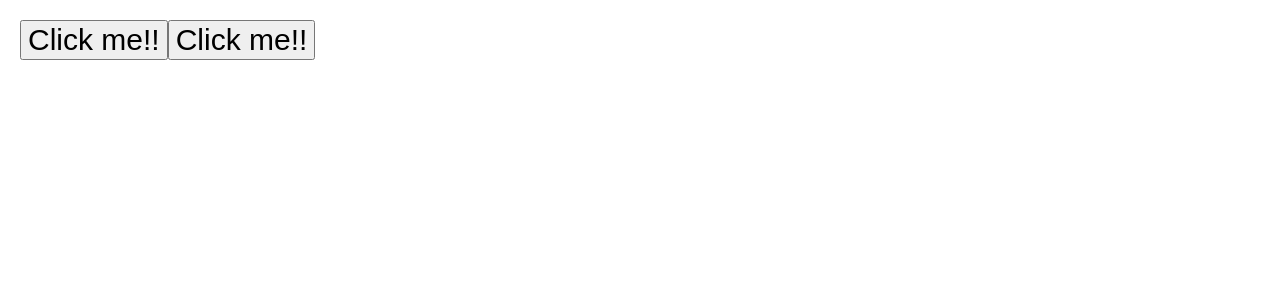
Repository: ducthanglinh/tiktok-clone
Page: /
These files come from the project's save history. The page is drawn as it stood at one moment and after the next save; the edit follows.
The browser window is 1280 px wide. The pictures show the whole page.
The project was rebuilt for these pictures with package versions that can differ from the ones it lists, and the page was loaded fresh each time.

Above is the page before, as saved 2022-10-04 10:35:34.

### src/index.js
import React from "react";
import ReactDOM from "react-dom/client";
import "./index.css";
import App from "./App";
import reportWebVitals from "./reportWebVitals";

const root = ReactDOM.createRoot(document.getElementById("root"));

root.render(
  // <React.StrictMode>

  <App />

  // </React.StrictMode>
);

// If you want to start measuring performance in your app, pass a function
// to log results (for example: reportWebVitals(console.log))
// or send to an analytics endpoint. Learn more: https://bit.ly/CRA-vitals
reportWebVitals();

### src/App.js
import Button from "./store";

function App() {
  return (
    <div style={{ padding: 20 }}>
      <Button />
    </div>
  );
}

export default App;

### src/store/index.js
import clsx from "clsx";
import styles from "./Button.module.css";

function Button() {
  return (
    <>
      <button className={styles.btn}>Click me!!</button>
      <button className={styles.btn}>Click me!!</button>
    </>
  );
}
export default Button;

### src/store/Button.module.css
.btn {
  font-size: 30px;
}
.active {
  background-color: orange;
}

Loaded but not shown: public/index.html (common file); src/index.css (common file); src/reportWebVitals.js (common file)

After the next save:
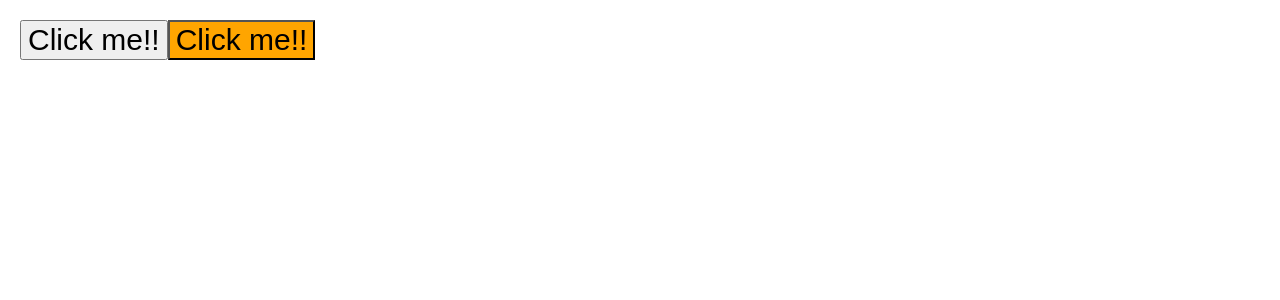
Saved 32 s later.
--- a/src/store/index.js
+++ b/src/store/index.js
@@ -5,7 +5,7 @@ function Button() {
   return (
     <>
       <button className={styles.btn}>Click me!!</button>
-      <button className={styles.btn}>Click me!!</button>
+      <button className={`${styles.btn} ${styles.active}`}>Click me!!</button>
     </>
   );
 }
